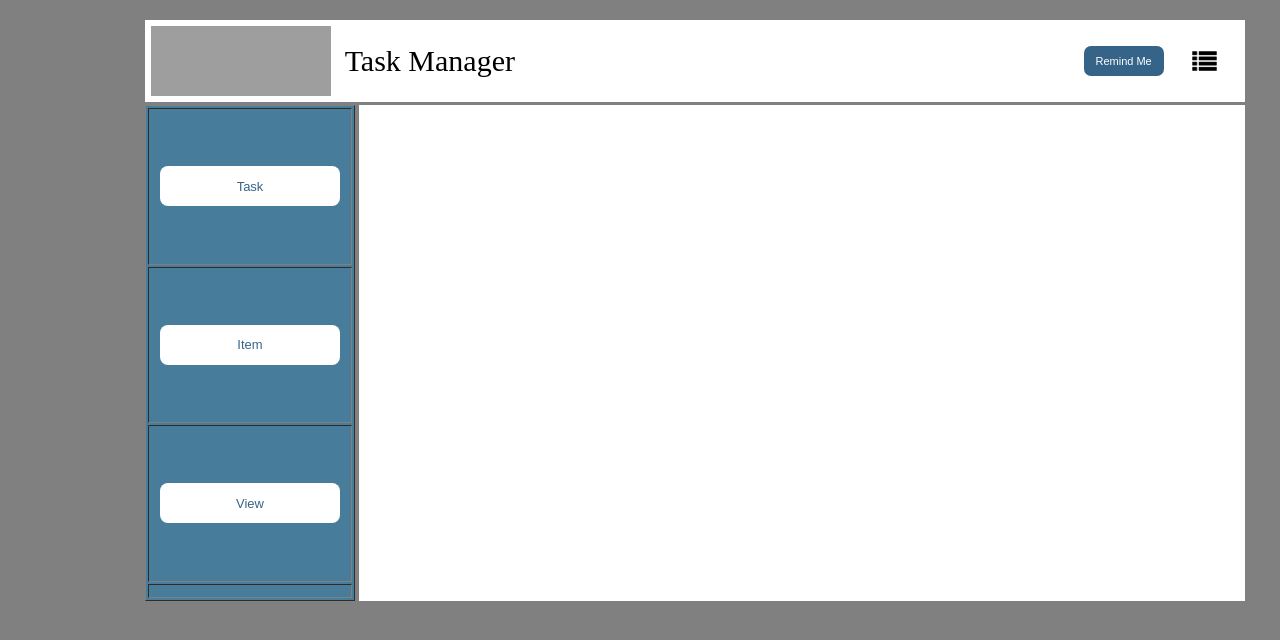
Repository: SnehaSalvi/TaskManagerProject
Page: http://localhost/TaskManagerChecklist/Home.jsp
An editor plug-in stored every save of this project. The page is shown before and after the next save, followed by the edit.
The browser window is 1280 px wide. The pictures show the whole page.
Pictures or frames that could not be fetched are drawn as grey boxes. The page is served by Tomcat 9.

Above is the page before, as saved 2016-10-13 11:04:01.

After the next save:
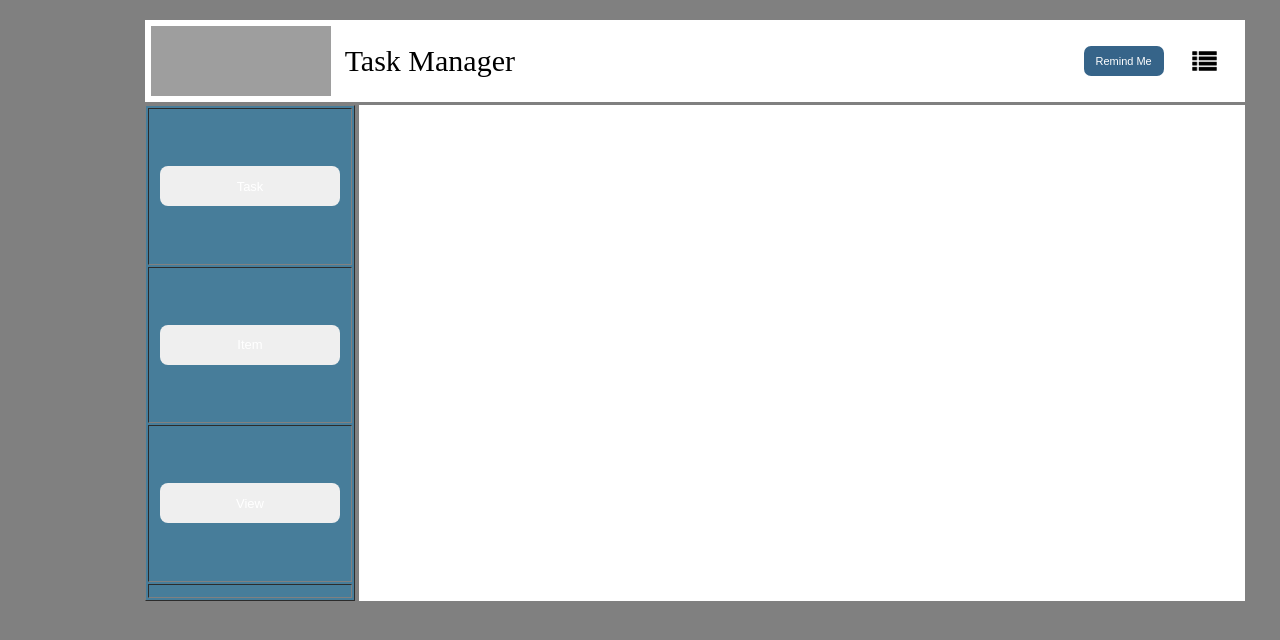
Saved 25 s later.
--- a/TaskManagerChecklist/WebContent/home.css
+++ b/TaskManagerChecklist/WebContent/home.css
@@ -126,8 +126,8 @@ tr
     border: 1px solid #000;
     font-family:sans-serif;
     font-size: 13px;
-   background-color:white;
-   color:#366489;
+   background-color:;
+   color:white;
     border: 0;
 }
 #div3
